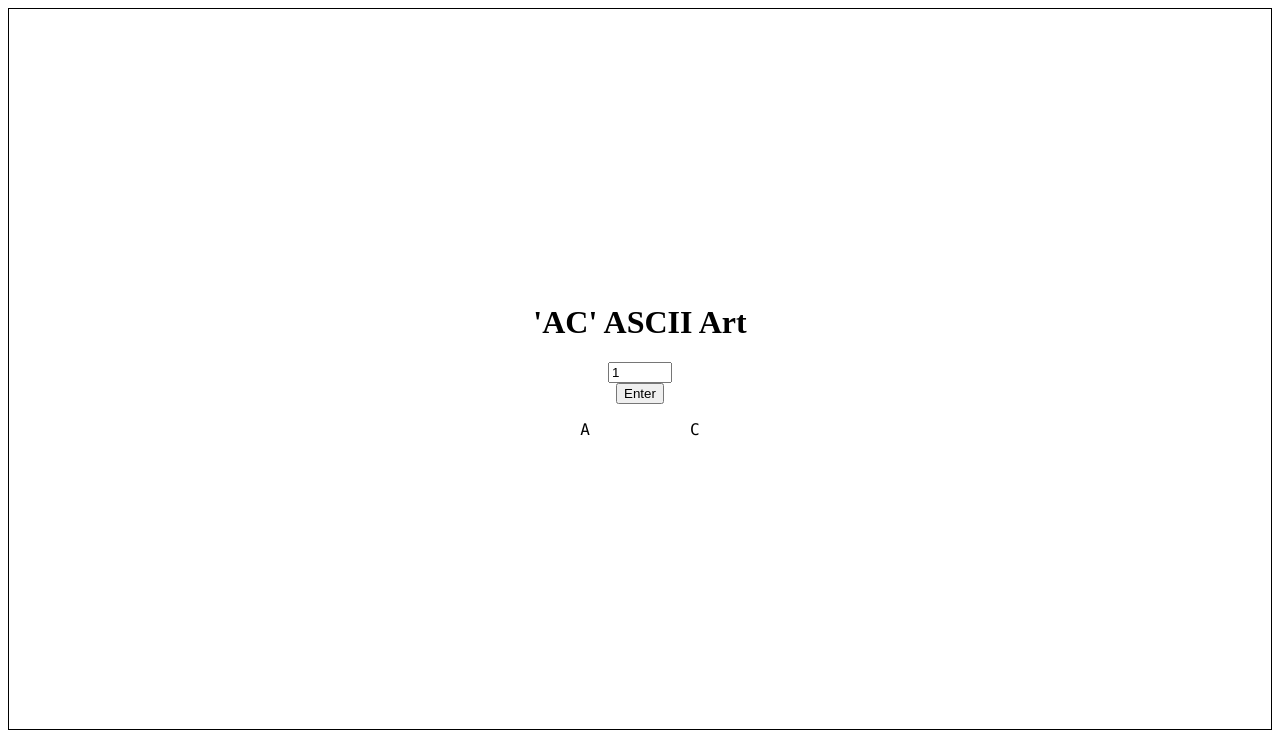
Repository: Achorn/ascii-art
Page: index.html
These files come from the project's save history. The page is drawn as it stood at one moment and after the next save; the edit follows.
The browser window is 1280 px wide. The pictures show the whole page.

Above is the page before, as saved 2021-08-10 16:08:37.

### index.html
<!DOCTYPE html>
<html lang="en">
  <head>
    <link rel="stylesheet" href="styles.css" />
    <meta charset="UTF-8" />
    <meta http-equiv="X-UA-Compatible" content="IE=edge" />
    <meta name="viewport" content="width=device-width, initial-scale=1.0" />
    <title>Document</title>
  </head>
  <body>
    <h1>'AC' ASCII Art</h1>
    <input id="scale-input" type="number" min="1" value="1" max="150" />
    <button id="myBtn" onclick="handlePress()">Enter</button>
    <div id="ascii-container">
      <div id="a-container">
        <p id="mono-a" style="font-family: 'Lucida Console', monospace">A</p>
      </div>
      <div id="c-container">
        <p id="mono-c" style="font-family: 'Lucida Console', monospace">C</p>
      </div>
    </div>
    <script type="text/javascript" src="myscripts.js"></script>
  </body>
</html>

### styles.css
body {
  border: 1px solid black;
  display: flex;
  flex-direction: column;
  justify-content: center;
  align-items: center;
  height: 100vh;
}

form {
  border: 2px solid grey;
  height: 500px;
  /* width: 400px; */
  text-align: center;
}

#ascii-container {
  display: flex;
}

#a-container {
  /* background-color: pink; */
}
#c-container {
  /* background-color: pink; */
}
#mono-a {
  /* font-size: 25.5vw; */
  padding: 0px 50px 0px 50px;
  white-space: pre;
}
#mono-c {
  padding: 0px 50px 0px 50px;
  white-space: pre;
}

### myscripts.js
let monoA = document.getElementById("mono-a");
let monoC = document.getElementById("mono-c");
let scaleInput = document.getElementById("scale-input");

let aMinis = {
  one: ["A"],
  two: [
    [" ", "A", " "],
    ["A", " ", "A"],
  ],
  three: [
    [" ", " ", "A", " ", " "],
    [" ", "A", "A", "A", " "],
    ["A", " ", " ", " ", "A"],
  ],
};
let cMinis = {
  one: ["C"],
  two: [["C"], ["C"]],

  three: [
    [" ", "C", "C", "C"],
    ["C", " ", " ", " "],
    [" ", "C", "C", "C"],
  ],
};

let fourA = [
  [" ", " ", " ", "A"],
  [" ", " ", "A", " "],
  [" ", "A", "A", "A"],
  ["A", " ", " ", " "],
];
let fourC = [
  [" ", "C", "C", "C", " "],
  ["C", " ", " ", " ", " "],
];

function scaleConcat(array, factor) {
  let scaled = [];

  for (const row of array) {
    let x = [];

    for (const item of row) x = x.concat(Array(factor).fill(item));

    scaled = scaled.concat(Array(factor).fill(x));
  }

  return scaled;
}
function arrToString(arr) {
  let string = "";
  if (arr.length == 1) {
    string += arr.join("") + "<br>";
    return string;
  }
  for (let i = 0; i < arr.length; i++) {
    string += arr[i].join("") + "<br>";
  }
  return string;
}

function halfAToString(arr) {
  let string = "";
  for (let i = 0; i < arr.length; i++) {
    string += arr[i].join("");
    let rev = arr[i].slice();
    string += rev.reverse().join("");
    string += "<br>";
  }
  return string;
}

function halfCToString(arr, padding) {
  let string = "";
  for (let i = 0; i < arr.length; i++) {
    string += arr[i].join("");
    string += "<br>";
  }
  for (let i = 0; i < padding.length; i++) {
    string += padding[i].join("");
    string += "<br>";
  }
  for (let i = arr.length - 1; i >= 0; i--) {
    string += arr[i].join("");
    string += "<br>";
  }
  return string;
}
function trimA(arr, lWidth) {
  for (i = 0; i < arr.length; i++) {
    let disp = lWidth - (i % lWidth) - 1;
    let newArr = arr[i].slice();
    for (let j = 0; j < disp; j++) {
      newArr.pop();
      newArr.unshift(" ");
    }
    arr[i] = newArr;
  }
}

function trimC(arr, lWidth) {
  for (i = 0; i < lWidth; i++) {
    //add 2*i to center
    let newArr = arr[i].slice();
    for (let j = 0; j < i * 2; j++) {
      newArr.splice(newArr.length / 2, 0, "C");
    }

    //remove i from sides
    for (let j = 0; j < i; j++) {
      newArr.pop();
      newArr.shift();
    }
    arr[i] = newArr;
  }
}
function padA(arr, padding, scale) {
  for (let i = 0; i < padding; i++) {
    //if pad is even
    if (i % 2 != 0) {
      arr.forEach((subArr) => {
        subArr.push(subArr[subArr.length - 1]);
      });
      //add top layer with spaces till the end
      let topArr = [];
      for (let i = 0; i < arr[0].length - 1; i++) {
        topArr.push(" ");
      }
      topArr.push("A");
      arr.unshift(topArr);

      //remove thick bottom line in center
      arr[scale][arr[scale].length - 1] = " ";
    } else {
      // if pad is odd
      let newLine = [...arr[arr.length - 1]];
      //add space to end
      newLine.push(" ");
      //add spaces to beginning of each array
      for (let j = 0; j < arr.length; j++) {
        arr[j].unshift(" ");
      }

      // push new bottom to array
      arr.push(newLine);
    }
  }
}
function padJoinC(arr, padding) {
  //vertical height padding
  let pad = [];
  for (let i = 0; i < padding; i++) {
    pad.push(arr[arr.length - 1]);

    for (let i = 0; i < arr.length; i++) {
      arr[i].splice(arr[i].length / 2, 0, arr[i][arr.length / 2]);
    }
  }

  return halfCToString(arr, pad);
}

function getMinis(height) {
  return height == 1
    ? [aMinis.one, cMinis.one]
    : height == 2
    ? [aMinis.two, cMinis.two]
    : [aMinis.three, cMinis.three];
}

function scaleLetters(height) {
  let scaledA, scaledC;
  let padding = height % 4;
  let scale = (height - padding) / 4;

  if (height < 4) {
    [scaledA, scaledC] = getMinis(height);
    scaledA = arrToString(scaledA);
    scaledC = arrToString(scaledC);
  }

  //check to see if scale is divisible by 4
  else {
    console.log("height: ", height, " padding: ", padding, " scale: ", scale);

    //scale letters
    scaledA = fourA.map((arr) => arr.slice());
    scaledC = fourC.map((arr) => arr.slice());
    scaledA = scaleConcat(scaledA, scale);
    trimA(scaledA, scale);
    scaledC = scaleConcat(scaledC, scale);
    trimC(scaledC, scale);

    //add the aprop padding between the factors of 4 either 0-1
    scaledC = padJoinC(scaledC, padding);
    padA(scaledA, padding, scale);
    scaledA = halfAToString(scaledA);
    // scaledC = arrToString(scaledC);

    // return newly scaled
  }
  monoA.style.fontSize = `${60 / scale}px`;
  monoC.style.fontSize = `${60 / scale}px`;

  monoA.innerHTML = scaledA;
  monoC.innerHTML = scaledC;
}

scaleInput.addEventListener("keyup", function (event) {
  // Number 13 is the "Enter" key on the keyboard
  if (event.keyCode === 13) {
    // Cancel the default action, if needed
    event.preventDefault();
    // Trigger the button element with a click
    document.getElementById("myBtn").click();
  }
});

function handlePress() {
  let scale = scaleInput.value;
  scaleLetters(scale);
}

After the next save:
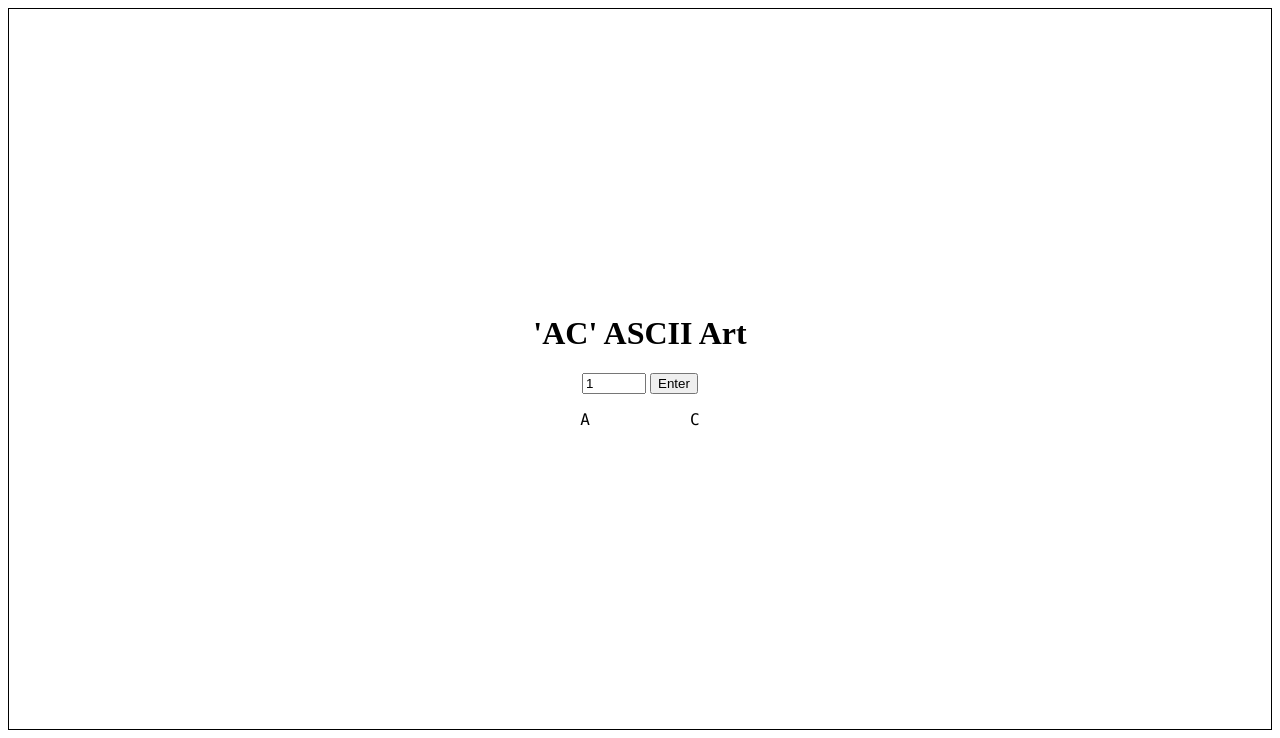
Saved 2 min 16 s later.
--- a/index.html
+++ b/index.html
@@ -9,8 +9,10 @@
   </head>
   <body>
     <h1>'AC' ASCII Art</h1>
-    <input id="scale-input" type="number" min="1" value="1" max="150" />
-    <button id="myBtn" onclick="handlePress()">Enter</button>
+    <div>
+      <input id="scale-input" type="number" min="1" value="1" max="150" />
+      <button id="myBtn" onclick="handlePress()">Enter</button>
+    </div>
     <div id="ascii-container">
       <div id="a-container">
         <p id="mono-a" style="font-family: 'Lucida Console', monospace">A</p>
